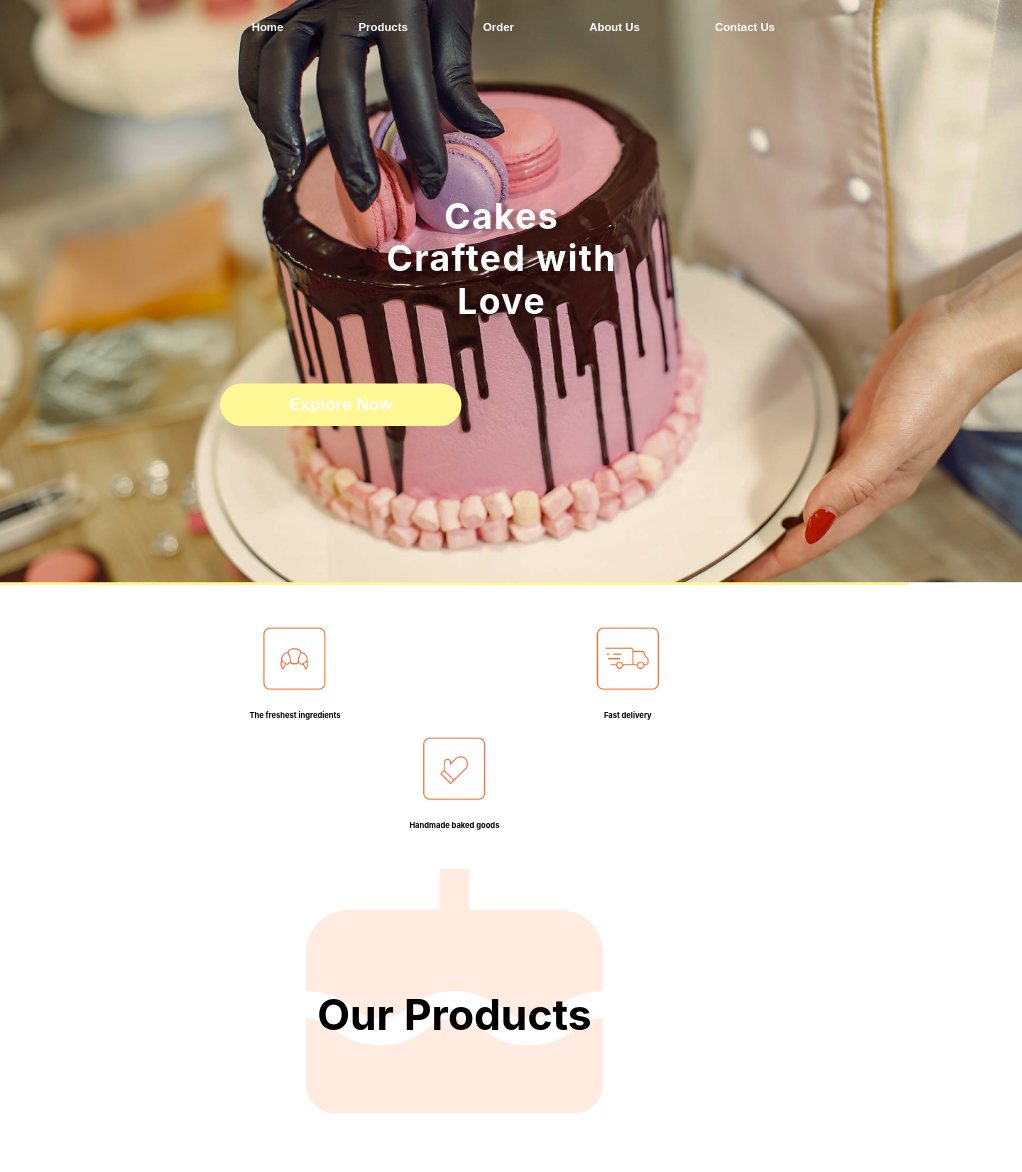
Repository: MEROO1010/cake-box
Page: /
These files come from the project's save history. The page is drawn as it stood at one moment and after the next save; the edit follows.
The browser window is 1280 px wide. The page is 1440 px wide, so the pictures cover 1440 px, including what lies to the right of the window. The pictures show the whole page, at 71% of full size.
The project was rebuilt for these pictures with package versions that can differ from the ones it lists, and the page was loaded fresh each time.

Above is the page before, as saved 2023-11-09 12:25:49.

After the next save:
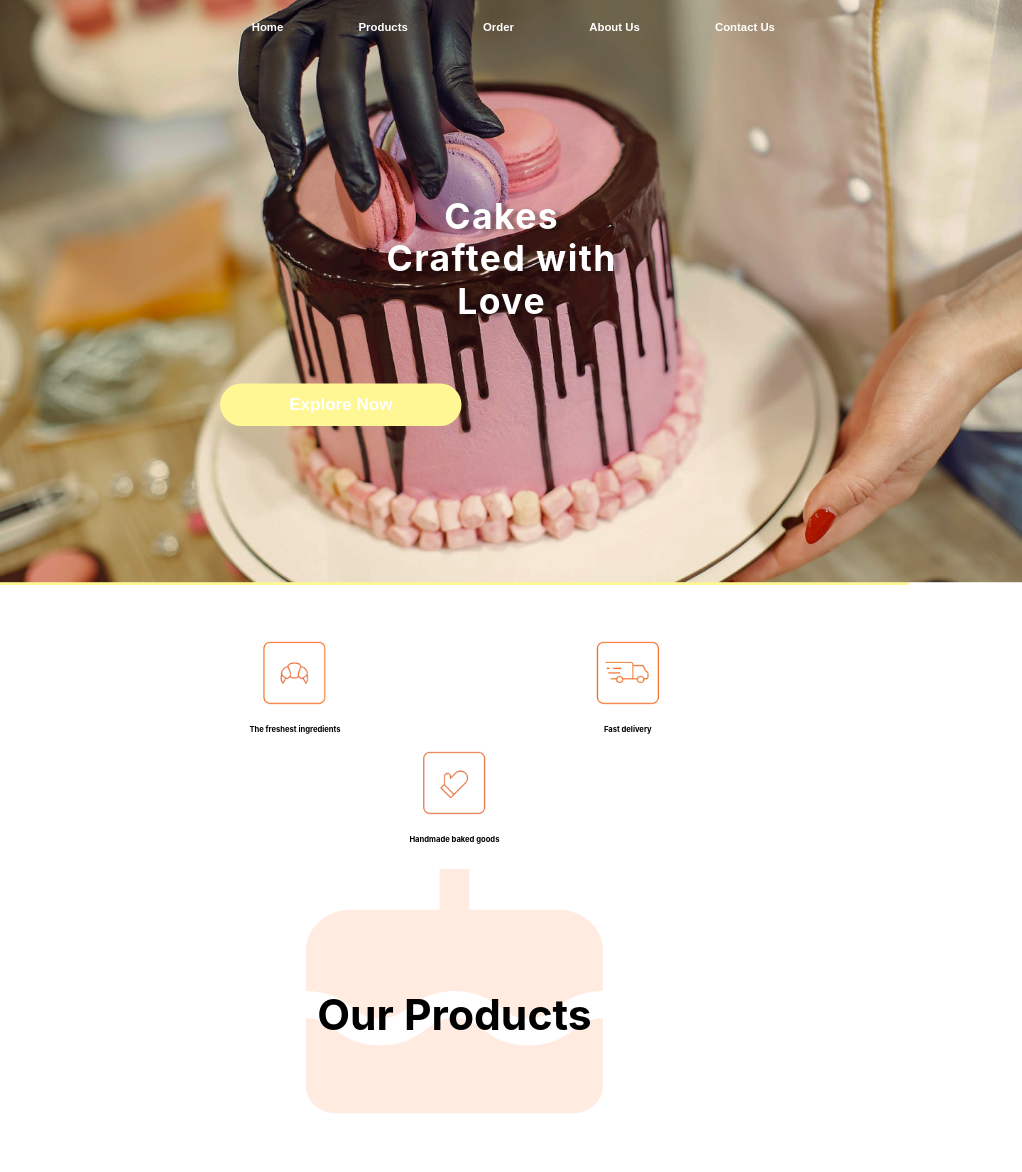
Saved 8 s later.
--- a/src/components/Products.jsx
+++ b/src/components/Products.jsx
@@ -65,6 +65,6 @@
   margin-left:60px;
   padding-left:300px;
   right:200px;
-  bottom:440px;
+  bottom:420px;
   }
 `
